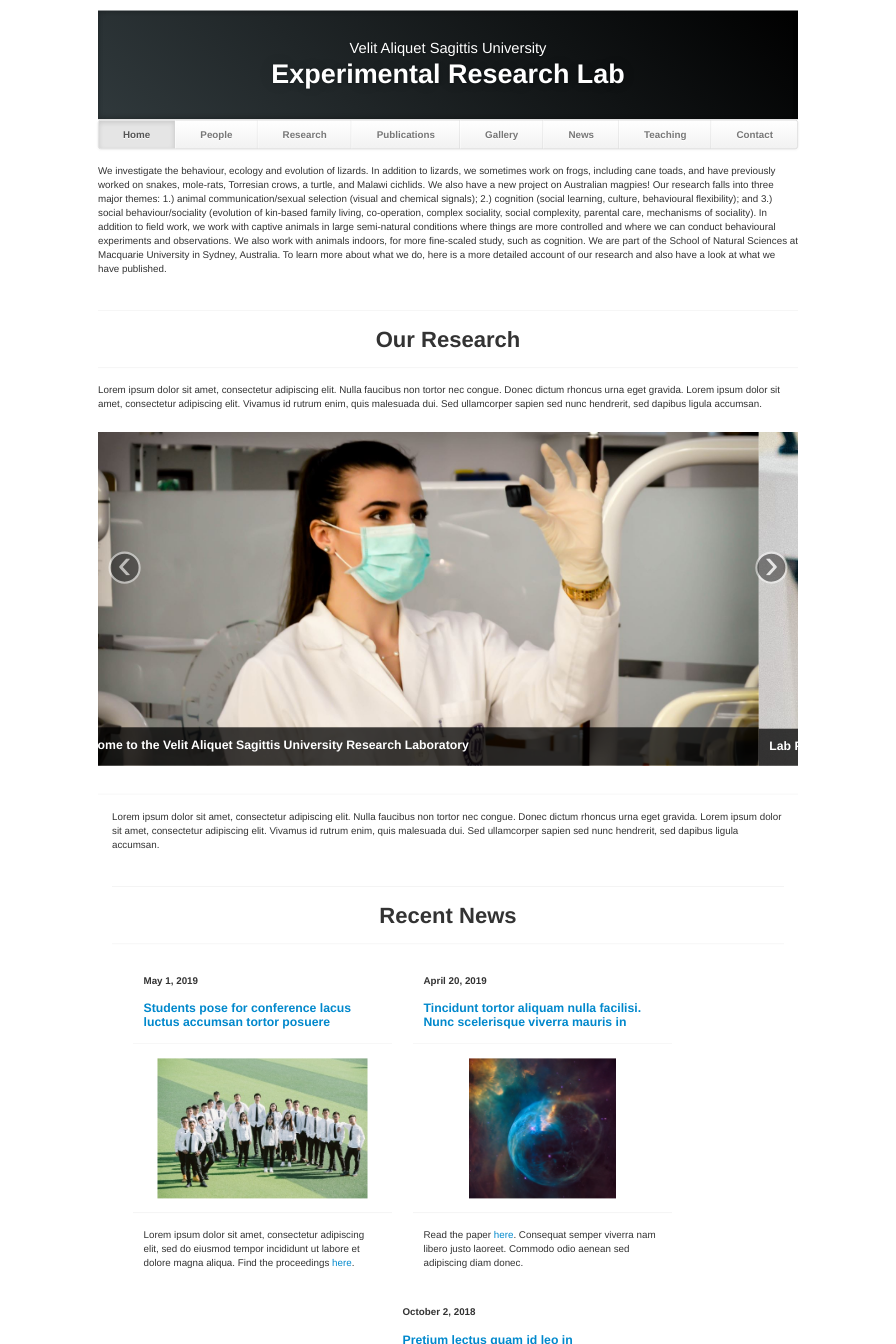
Repository: IAEUC/iaeuc.github.io
Page: index.html
The author's editor kept a copy of each file at every save. The page is drawn from the files as they stood at one save, then again after the next save.
The browser window is 1280 px wide. The pictures show the part of the page from y = 0 to 1920 px (the page is 3180 px tall before and 3867 px after), at 70% of full size.

Above is the page before, as saved 2025-08-07 17:20:05.

After the next save:
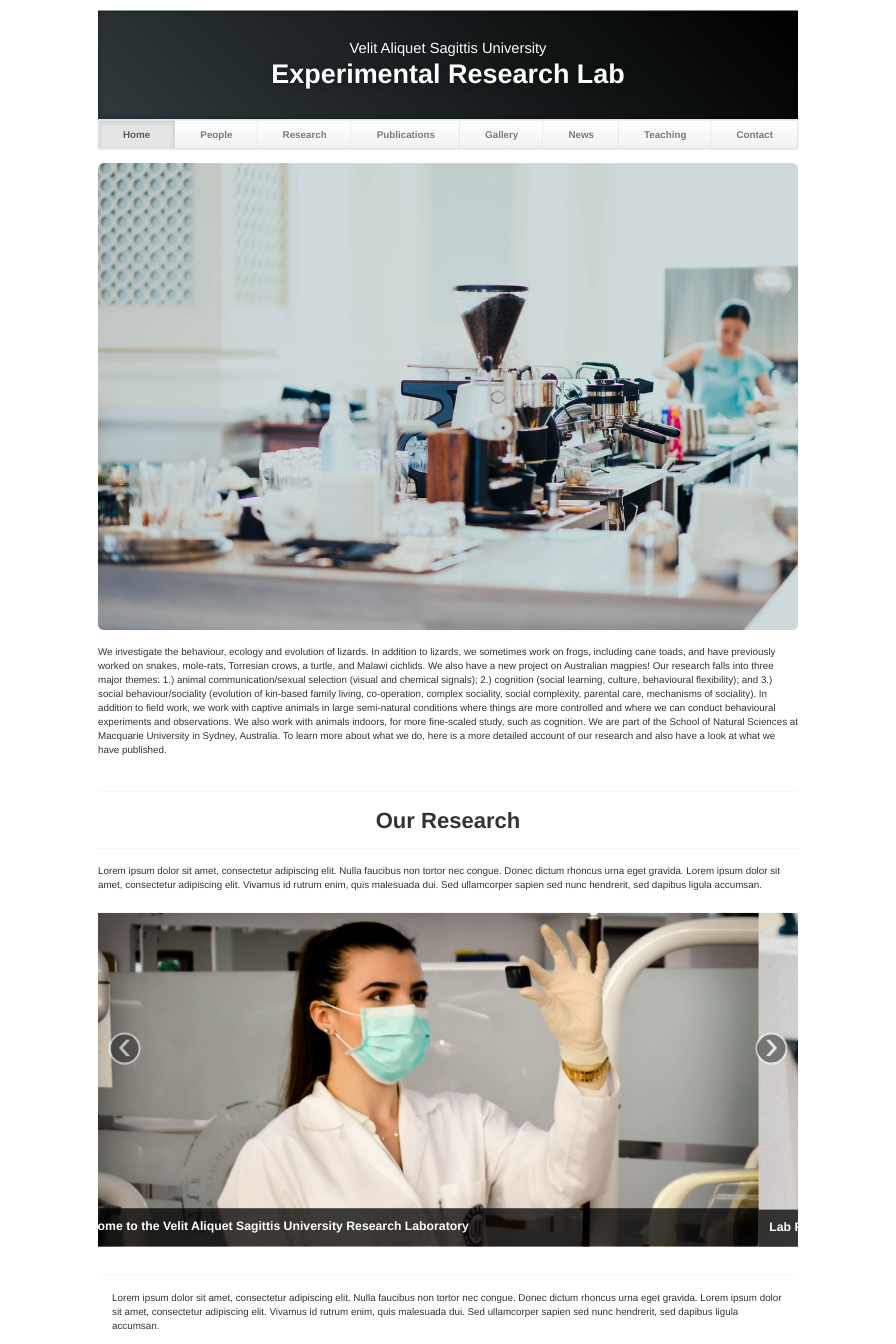
Saved 101 s later.
--- a/index.html
+++ b/index.html
@@ -38,6 +38,9 @@
 
          <div class="row-fluid">
             <div class="span12">
+                              <div class="centered" style="margin-bottom: 20px;">
+                                 <img src="images/lab-photo.jpg" alt="Research Laboratory" style="max-width: 100%; height: auto; border-radius: 8px;">
+                              </div>
                               <p>
                                 We investigate the behaviour, ecology and evolution of lizards. In addition to lizards, we sometimes work on frogs, including cane toads, and have previously worked on snakes, mole-rats, Torresian crows, a turtle, and Malawi cichlids. We also have a new project on Australian magpies! Our research falls into three major themes: 1.) animal communication/sexual selection (visual and chemical signals); 2.) cognition (social learning, culture, behavioural flexibility); and 3.) social behaviour/sociality (evolution of kin-based family living, co-operation, complex sociality, social complexity, parental care, mechanisms of sociality).
 
